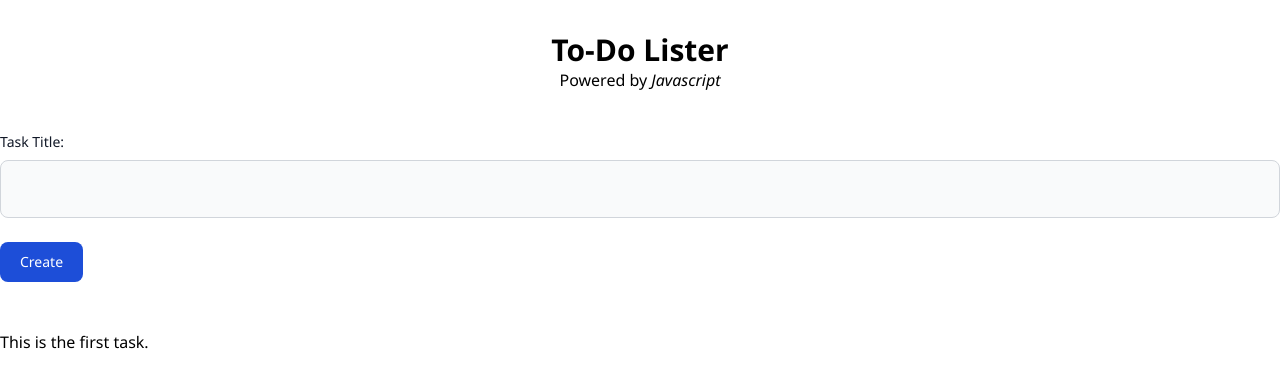
Repository: vxyux/to-do-lister
Page: index.html
The author's editor kept a copy of each file at every save. The page is drawn from the files as they stood at one save, then again after a run of saves.
The browser window is 1280 px wide. The pictures show the whole page.
Some web libraries are served in a nearby version.

Above is the page before, as saved 2023-09-04 15:30:40.

### index.html
<!DOCTYPE html>
<html lang="en">
<head>
  <meta charset="UTF-8">
  <meta name="viewport" content="width=device-width, initial-scale=1.0">
  <title>Javascript To-Do Lister</title>
  <link rel="stylesheet" href="stylesheet.css">
  <script src="app.js"></script>
  <script src="https://cdn.tailwindcss.com"></script>
</head>
<body>

  <div class="container mx-auto">
    <div class="text-center mt-8">
      <h1 class="text-3xl font-bold">
        To-Do Lister
      </h1>
      <p>Powered by <i>Javascript</i></p>
    </div>

    <div class="inputFields mt-10">

      <div class="mb-6">
        <label for="userInput" class="block mb-2 text-sm font-medium text-gray-900 dark:text-white">
          Task Title:
        </label>
        <input type="text" id="userInput" class="block w-full p-4 text-gray-900 border border-gray-300 rounded-lg bg-gray-50 sm:text-md focus:ring-blue-500 focus:border-blue-500 dark:bg-gray-700 dark:border-gray-600 dark:placeholder-gray-400 dark:text-white dark:focus:ring-blue-500 dark:focus:border-blue-500">
      </div>
      <span onclick="newTask()">
        <button type="submit" class="text-white bg-blue-700 hover:bg-blue-800 focus:ring-4 focus:ring-blue-300 font-medium rounded-lg text-sm px-5 py-2.5 mr-2 mb-2 dark:bg-blue-600 dark:hover:bg-blue-700 focus:outline-none dark:focus:ring-blue-800">
          Create
        </button>
      </span>

    </div>

    <ul class="mt-10" id="to-dos">
      <li class="task_item">
        This is the first task.
      </li>
    </ul>

  </div>
</body>
</html>

### stylesheet.css
*
{
  font-family: 'Segoe UI', Tahoma, Geneva, Verdana, sans-serif;
}

.container {
  max-width: 500px;
}

### app.js
function newTask() {
  // get the data provided by the user from the input field
  var userInput = document.getElementById('userInput');

  // if provided input is empty
  if (userInput === '') {
    alert('You must type something in before submitting!');
  } else {
    // define tag that creates a new element under the tag 'li'
    var tag = document.createElement('li');

    // assign the userInput var with content
    var content = document.createTextNode(userInput.value);
    tag.appendChild(content); // make tag the content's parent

    // define the element tag with the to-dos list ul
    var element = document.getElementById('to-dos');

    // make element the tag's parent
    element.appendChild(tag);

    //document.getElementById('form').reset();
  }

  //console.log('The button has been clicked!');
  //alert(userInput);
}

After the next 3 saves:
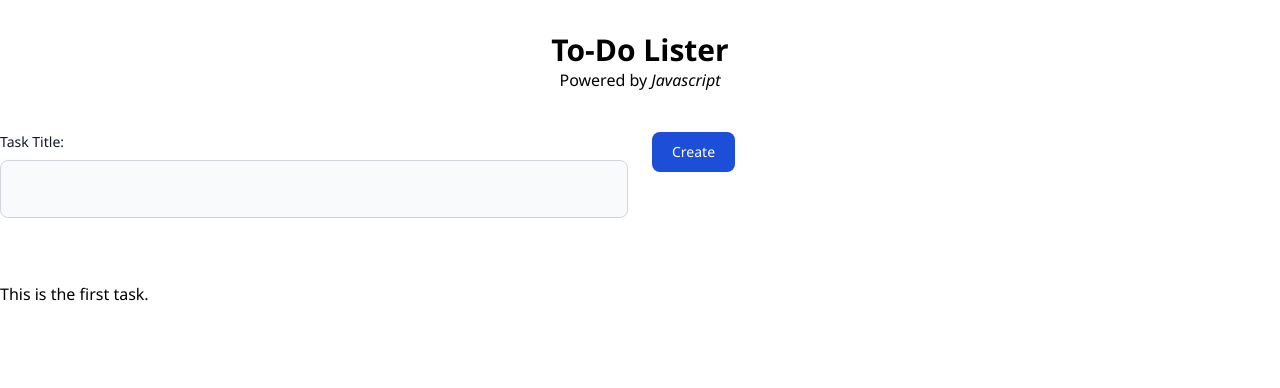
The 3 saves are shown as one change because they came seconds apart.
The last was saved 97 s later.
--- a/index.html
+++ b/index.html
@@ -20,7 +20,8 @@
 
     <div class="inputFields mt-10">
 
-      <div class="mb-6">
+      <div class="grid gap-6 mb-6 md:grid-cols-2">
+<div class="mb-6">
         <label for="userInput" class="block mb-2 text-sm font-medium text-gray-900 dark:text-white">
           Task Title:
         </label>
@@ -31,6 +32,7 @@
           Create
         </button>
       </span>
+      </div>
 
     </div>
 
